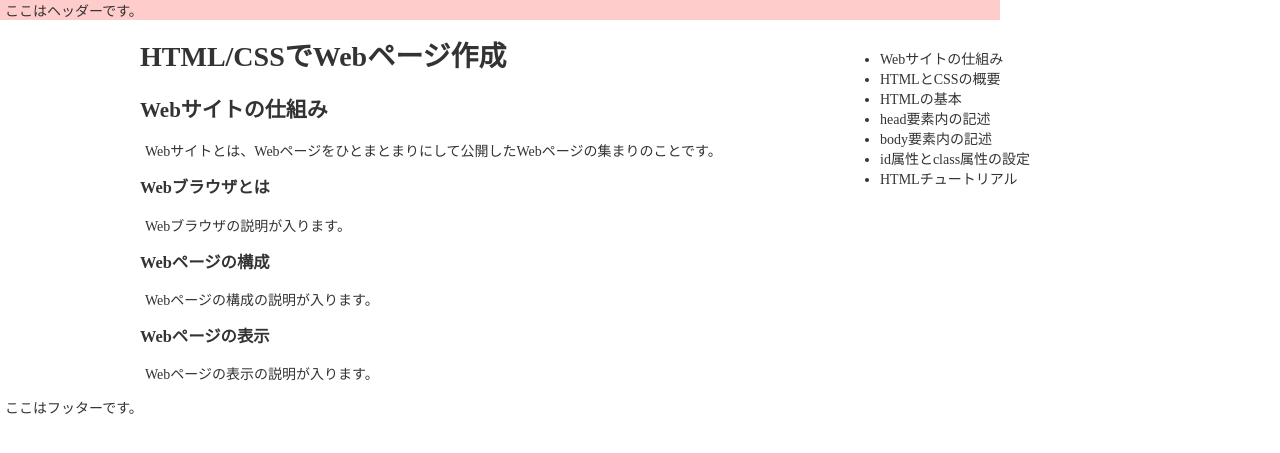
Repository: Naonaka-Saino/first-git
Page: lesson-htmlcss/kadai-html.html
The author's editor kept a record of every edit. The page is drawn from the files as they stood at one moment, then again after the next edit.
The browser window is 1280 px wide. The pictures show the whole page.

Above is the page before.

After the next edit:
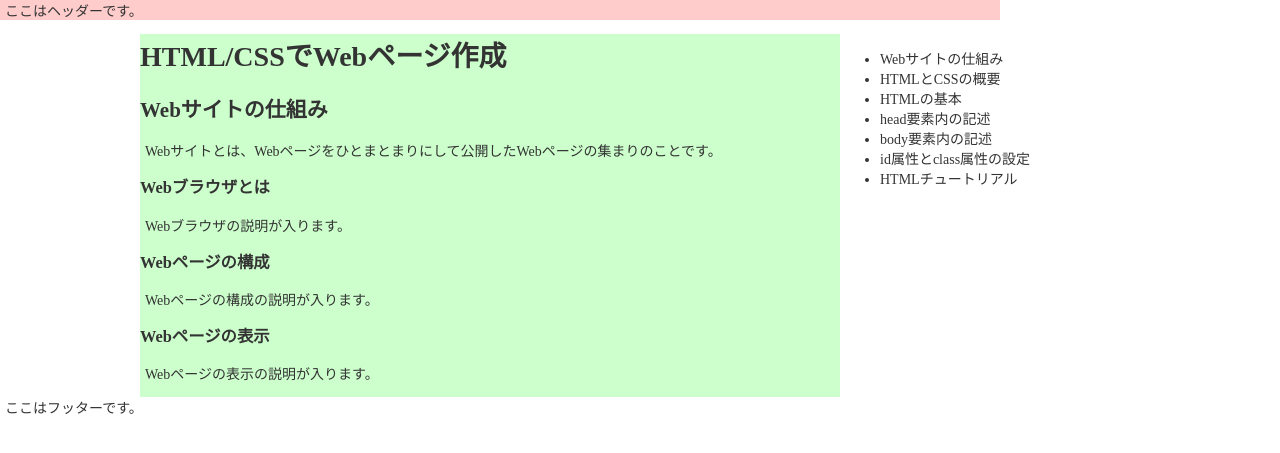
The edit:
--- a/lesson-htmlcss/kadai-css.css
+++ b/lesson-htmlcss/kadai-css.css
@@ -30,6 +30,7 @@
 
 #main{
     width:700px;
+    background-color:#ccffcc;
 }
 
 #menu{
